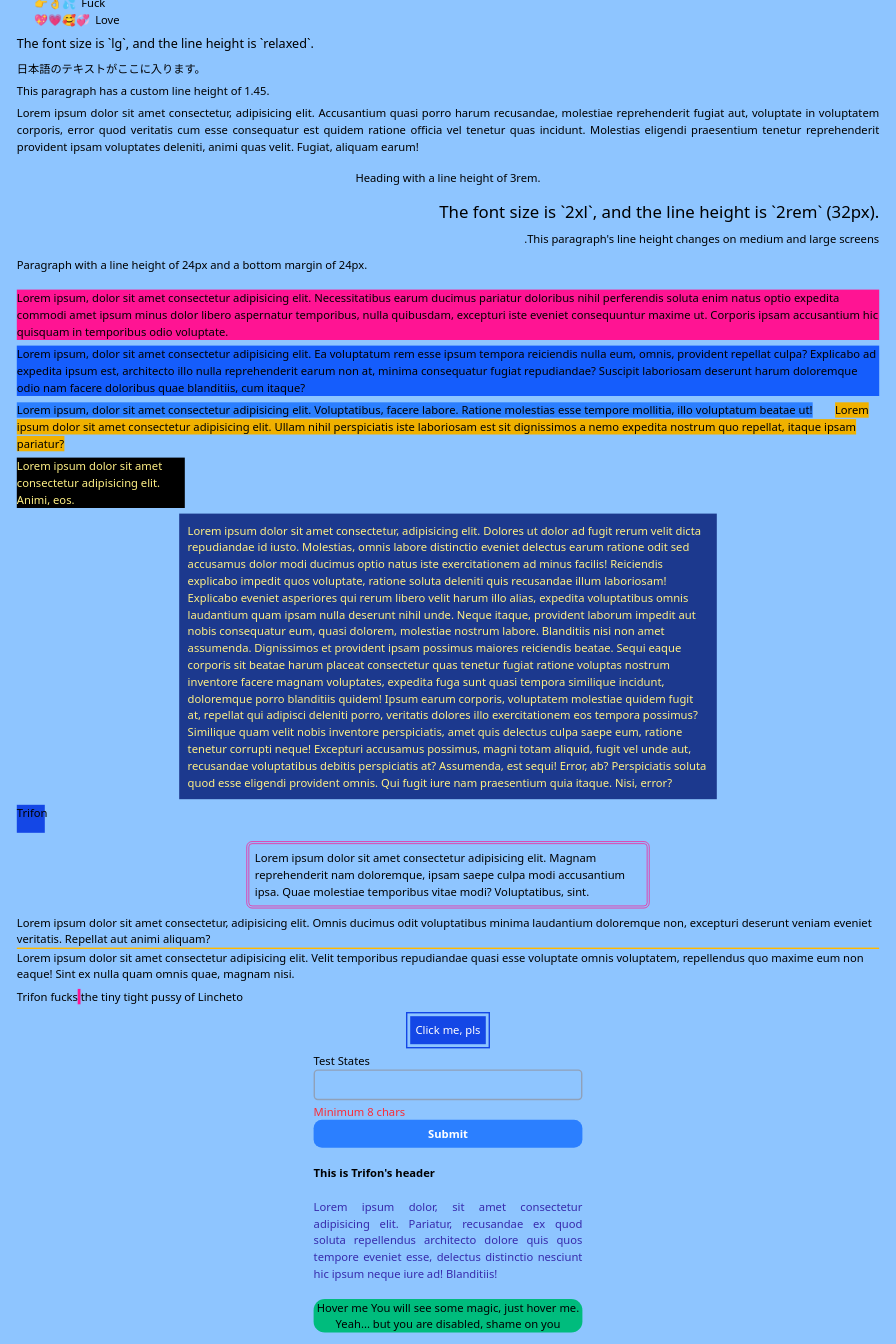
Repository: DinTri/TailwindCss
Page: index.html
An editor plug-in stored every save of this project. The page is shown before and after the next save, followed by the edit.
The browser window is 1280 px wide. The pictures show the part of the page from y = 1034 to 2954 px (the page is 2954 px tall before and 2930 px after), at 70% of full size.
Some web fonts or font styles are not loaded; a fallback is used.

Above is the page before, as saved 2025-06-13 22:03:13.

### index.html
<!DOCTYPE html>
<html lang="en">
  <head>
    <meta charset="UTF-8">
    <meta name="viewport" content="width=device-width, initial-scale=1">
    <title>Play with Tailwind</title>
    <link rel="preconnect" href="https://fonts.googleapis.com">
<link rel="preconnect" href="https://fonts.gstatic.com" crossorigin>
<link href="https://fonts.googleapis.com/css2?family=Edu+VIC+WA+NT+Hand+Pre:wght@400..700&display=swap" rel="stylesheet">
    <link rel="stylesheet" href="style.css">
    </head>
  <body class="h-screen bg-blue-300">
    <div class="m-2 p-4 space-y-2">
      <section class="text-center py-6">
  <h1 class="text-5xl leading-tight font-bold">
    Welcome to Our Product
  </h1>
  <p class="text-xl leading-relaxed mt-4">
    Discover features that will change the way you work.
  </p>
</section>
<div class="product-description">
  <h2 class="text-2xl leading-snug">
    Product Features
  </h2>
  <ul class="list-disc pl-5 leading-normal">
    <li>High-quality materials</li>
    <li>Innovative design</li>
    <li>Exceptional performance</li>
  </ul>
</div>
<form class="max-w-md mx-auto">
  <label id="testLabel" class="block text-sm leading-tight mb-2">
    Email Address
  </label>
  <input type="email" aria-labelledby="testLabel" class="w-full border rounded px-3 py-2 mb-4">
  <small class="block text-xs leading-snug text-gray-600">
    We'll never share your email with anyone else.
  </small>
</form>
    <p class="text-3xl leading-none">Lorem ipsum dolor sit amet consectetur adipisicing elit. Nulla, aliquam cupiditate! Blanditiis ipsum, voluptas necessitatibus vel eos suscipit nam possimus ducimus magni consequuntur earum numquam. Omnis ut voluptatum aliquam, architecto sed ad, velit magnam voluptate delectus, a maxime minima at ullam temporibus?</p>
    <p class="text-base leading-normal font-[var(--font-extbold)]">
  This text scales smoothly with font size changes.
</p>
<h1 class="text-4xl leading-10 text-right">
  Precise Heading Alignment
</h1>
<p class="text-2xl font-medium text-[var(--color-deeppink)]">
  This text is deep pink!
</p>
<div class="bg-black p-4">
<p class="text-2xl text-[var(--color-turquoise)]">
  This text uses a custom turquoise color!
</p>
</div>
<div class="bg-gray-100 p-4">
  <p class="text-[#000080] text-2xl">
    This navy blue text stands out on a light gray background.
  </p>
  <p class="line-through">Lorem ipsum, dolor sit amet consectetur adipisicing elit. Porro id suscipit quaerat minus corporis hic nobis ipsa ut distinctio esse?</p>
  <p class="underline underline-offset-4">Lorem ipsum dolor sit amet consectetur adipisicing elit. Cum placeat laboriosam illum officia aliquid quibusdam sed perferendis temporibus a architecto?</p>
  <p class="underline decoration-amber-500 decoration-wavy">Lorem ipsum dolor sit amet consectetur adipisicing elit. Illo, explicabo! Omnis odit non eum tempore corrupti atque illum nemo libero.</p>
</div>
<ul class="list-[upper-roman] p-[revert]">
  <li>item 1</li>
  <li>item 2</li>
  <li>item 3</li>
</ul>
<ul class="list-emoji pl-6">
  <li class="before:content-['🔥'] before:mr-2">Fire</li>
  <li class="before:content-['⭐'] before:mr-2">Star</li>
  <li class="before:content-['🍆'] before:mr-2">Dick</li>
  <li class="before:content-['👉👌💦'] before:mr-2">Fuck</li>
  <li class="before:content-['💖💗🥰💞'] before:mr-2">Love</li>
</ul>
<p class="text-lg/relaxed">
  The font size is `lg`, and the line height is `relaxed`.
</p>
<p class="leading-relaxed" lang="ja">
  日本語のテキストがここに入ります。
</p>
<p class="leading-[1.45]">
  This paragraph has a custom line height of 1.45.
</p>
<p class="text-justify">Lorem ipsum dolor sit amet consectetur, adipisicing elit. Accusantium quasi porro harum recusandae, molestiae reprehenderit fugiat aut, voluptate in voluptatem corporis, error quod veritatis cum esse consequatur est quidem ratione officia vel tenetur quas incidunt. Molestias eligendi praesentium tenetur reprehenderit provident ipsam voluptates deleniti, animi quas velit. Fugiat, aliquam earum!</p>
<h1 class="leading-[3rem] text-center">
  Heading with a line height of 3rem.
</h1>
<p class="text-2xl/8 text-end">
  The font size is `2xl`, and the line height is `2rem` (32px).
</p>
<p class="leading-normal md:leading-relaxed lg:leading-loose text-start" dir="rtl">
  This paragraph's line height changes on medium and large screens.
</p>
<p class="text-base leading-6 mb-6">
  Paragraph with a line height of 24px and a bottom margin of 24px.
</p>
<div class="space-y-2">
  <p class="bg-[var(--color-deeppink)]">Lorem ipsum, dolor sit amet consectetur adipisicing elit. Necessitatibus earum ducimus pariatur doloribus nihil perferendis soluta enim natus optio expedita commodi amet ipsum minus dolor libero aspernatur temporibus, nulla quibusdam, excepturi iste eveniet consequuntur maxime ut. Corporis ipsam accusantium hic quisquam in temporibus odio voluptate.</p>
  <p class="bg-blue-600">Lorem ipsum, dolor sit amet consectetur adipisicing elit. Ea voluptatum rem esse ipsum tempora reiciendis nulla eum, omnis, provident repellat culpa? Explicabo ad expedita ipsum est, architecto illo nulla reprehenderit earum non at, minima consequatur fugiat repudiandae? Suscipit laboriosam deserunt harum doloremque odio nam facere doloribus quae blanditiis, cum itaque?</p>
</div>
<div class="space-x-8">
  <span class="bg-blue-500">Lorem ipsum, dolor sit amet consectetur adipisicing elit. Voluptatibus, facere labore. Ratione molestias esse tempore mollitia, illo voluptatum beatae ut!</span><span class="bg-yellow-500">Lorem ipsum dolor sit amet consectetur adipisicing elit. Ullam nihil perspiciatis iste laboriosam est sit dignissimos a nemo expedita nostrum quo repellat, itaque ipsam pariatur?</span>
</div>
<p class="bg-black text-yellow-200 w-60">Lorem ipsum dolor sit amet consectetur adipisicing elit. Animi, eos.</p>
<div class="bg-blue-900 text-yellow-200 max-w-screen-md mx-auto p-3">Lorem ipsum dolor sit amet consectetur, adipisicing elit. Dolores ut dolor ad fugit rerum velit dicta repudiandae id iusto. Molestias, omnis labore distinctio eveniet delectus earum ratione odit sed accusamus dolor modi ducimus optio natus iste exercitationem ad minus facilis! Reiciendis explicabo impedit quos voluptate, ratione soluta deleniti quis recusandae illum laboriosam! Explicabo eveniet asperiores qui rerum libero velit harum illo alias, expedita voluptatibus omnis laudantium quam ipsam nulla deserunt nihil unde. Neque itaque, provident laborum impedit aut nobis consequatur eum, quasi dolorem, molestiae nostrum labore. Blanditiis nisi non amet assumenda. Dignissimos et provident ipsam possimus maiores reiciendis beatae. Sequi eaque corporis sit beatae harum placeat consectetur quas tenetur fugiat ratione voluptas nostrum inventore facere magnam voluptates, expedita fuga sunt quasi tempora similique incidunt, doloremque porro blanditiis quidem! Ipsum earum corporis, voluptatem molestiae quidem fugit at, repellat qui adipisci deleniti porro, veritatis dolores illo exercitationem eos tempora possimus? Similique quam velit nobis inventore perspiciatis, amet quis delectus culpa saepe eum, ratione tenetur corrupti neque! Excepturi accusamus possimus, magni totam aliquid, fugit vel unde aut, recusandae voluptatibus debitis perspiciatis at? Assumenda, est sequi! Error, ab? Perspiciatis soluta quod esse eligendi provident omnis. Qui fugit iure nam praesentium quia itaque. Nisi, error?</div>
<div class="bg-blue-700 size-10 mb-3">Trifon</div>
<p class="max-w-xl mx-auto border-4 border-[#ff1493] border-double rounded-lg p-2">Lorem ipsum dolor sit amet consectetur adipisicing elit. Magnam reprehenderit nam doloremque, ipsam saepe culpa modi accusantium ipsa. Quae molestiae temporibus vitae modi? Voluptatibus, sint.</p>
<div class="divide-y-2 divide-amber-400">
  <p class="">Lorem ipsum dolor sit amet consectetur, adipisicing elit. Omnis ducimus odit voluptatibus minima laudantium doloremque non, excepturi deserunt veniam eveniet veritatis. Repellat aut animi aliquam?</p>
  <p class="">Lorem ipsum dolor sit amet consectetur adipisicing elit. Velit temporibus repudiandae quasi esse voluptate omnis voluptatem, repellendus quo maxime eum non eaque! Sint ex nulla quam omnis quae, magnam nisi.</p>
</div>
<div class="divide-x-4 divide-[#ff1493] mb-4"><span>Trifon fucks</span><span>the tiny tight pussy of Lincheto</span></div>
<button class="outline-2 outline-blue-700 outline-offset-4 p-2 flex items-center justify-center mx-auto bg-blue-700 text-white mb-3 cursor-pointer">Click me, pls</button>
<form class="max-w-sm mx-auto space-y-6">
  <div>
  <label for="my">Test States</label>
  <input type="text" id="my" class="w-full border-slate-400 border-2 rounded-md px-3 py-2 mb-1 focus:outline-sky-600" />
  <p class="text-red-500">Minimum 8 chars</p>
  <button type="submit" class="w-full bg-blue-500 text-white px-3 py-2 cursor-pointer rounded-xl font-semibold hover:bg-sky-700 hover:font-bold active:bg-red-500">Submit</button>
  </div>
</form>
<div class="group space-y-6 max-w-sm mx-auto mt-6 hover:bg-[#ff1453]">
  <h3 class="font-semibold group-hover:text-white">This is Trifon's header</h3>
  <p class="text-indigo-800 text-justify group-hover:text-white">Lorem ipsum dolor, sit amet consectetur adipisicing elit. Pariatur, recusandae ex quod soluta repellendus architecto dolore quis quos tempore eveniet esse, delectus distinctio nesciunt hic ipsum neque iure ad! Blanditiis!</p>
  <button disabled class="group/parent2 group-hover:text-white bg-emerald-800 rounded-2xl disabled:bg-emerald-500 disabled:cursor-not-allowed">Hover me <span class="hidden-group/parent2:inline">You will see some magic, just hover me. Yeah... but you are disabled, shame on you</span></button>
</div>
  </div>
  </body>
</html>

Loaded but not shown: style.css (2230 lines, source omitted)

After the next save:
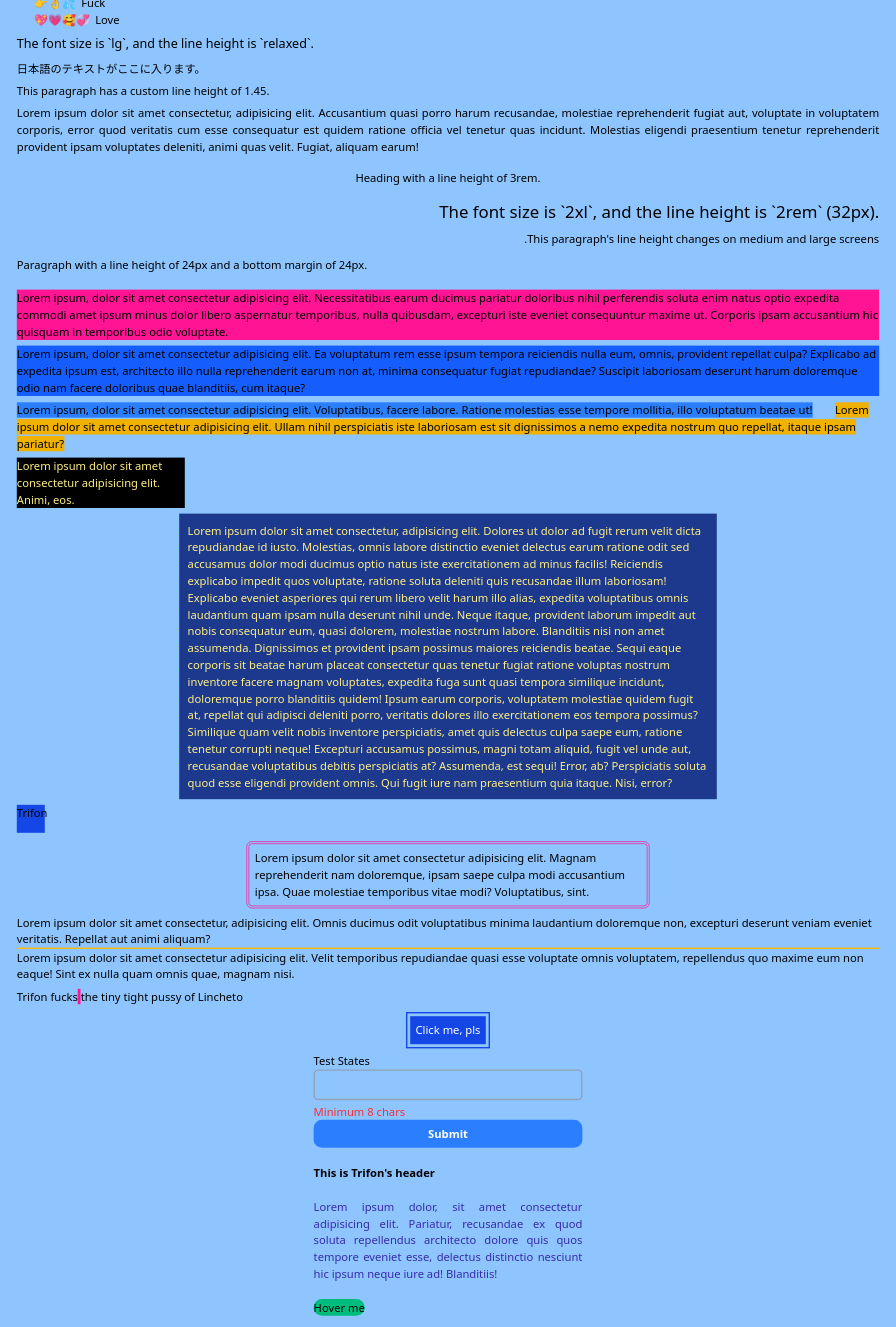
Saved 54 s later.
--- a/index.html
+++ b/index.html
@@ -123,7 +123,7 @@
 <div class="group space-y-6 max-w-sm mx-auto mt-6 hover:bg-[#ff1453]">
   <h3 class="font-semibold group-hover:text-white">This is Trifon's header</h3>
   <p class="text-indigo-800 text-justify group-hover:text-white">Lorem ipsum dolor, sit amet consectetur adipisicing elit. Pariatur, recusandae ex quod soluta repellendus architecto dolore quis quos tempore eveniet esse, delectus distinctio nesciunt hic ipsum neque iure ad! Blanditiis!</p>
-  <button disabled class="group/parent2 group-hover:text-white bg-emerald-800 rounded-2xl disabled:bg-emerald-500 disabled:cursor-not-allowed">Hover me <span class="hidden-group/parent2:inline">You will see some magic, just hover me. Yeah... but you are disabled, shame on you</span></button>
+  <button disabled class="group/parent2 group-hover:text-white bg-emerald-800 rounded-2xl disabled:bg-emerald-500 disabled:cursor-not-allowed">Hover me <span class="hidden group/parent2:inline">You will see some magic, just hover me. Yeah... but you are disabled, shame on you</span></button>
 </div>
   </div>
   </body>
